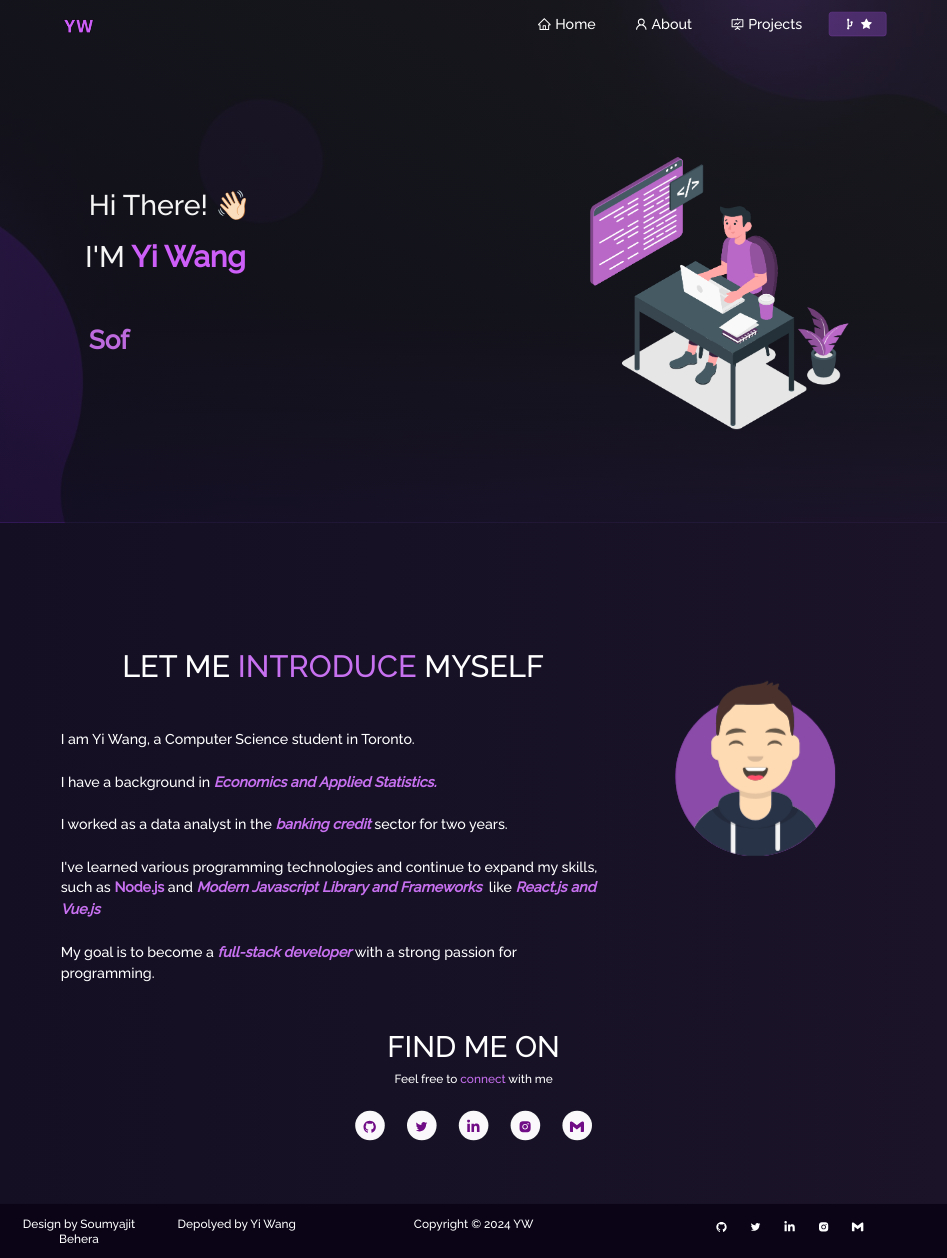
Repository: YiWang24/Portfolio
Page: /
These files come from the project's save history. The page is drawn as it stood at one moment and after a run of saves; the edit follows.
The browser window is 1280 px wide. The pictures show the whole page, at 74% of full size.
The project was rebuilt for these pictures with package versions that can differ from the ones it lists, and the page was loaded fresh each time. Also part of the build but not shown: src/components/About/Github.js, src/components/About/Techstack.js, src/components/About/AboutCard.js, src/components/About/Toolstack.js, src/components/About/About.js, src/components/Projects/ProjectCards.js, src/components/Projects/Projects.js, src/components/Resume/ResumeNew.js. Imported but missing from the stored project, and not drawn on this page: src/Assets/Soumyajit_Behera-BIT_MESRA.pdf.

Above is the page before, as saved 2024-09-19 22:16:33.

After the next 3 saves:
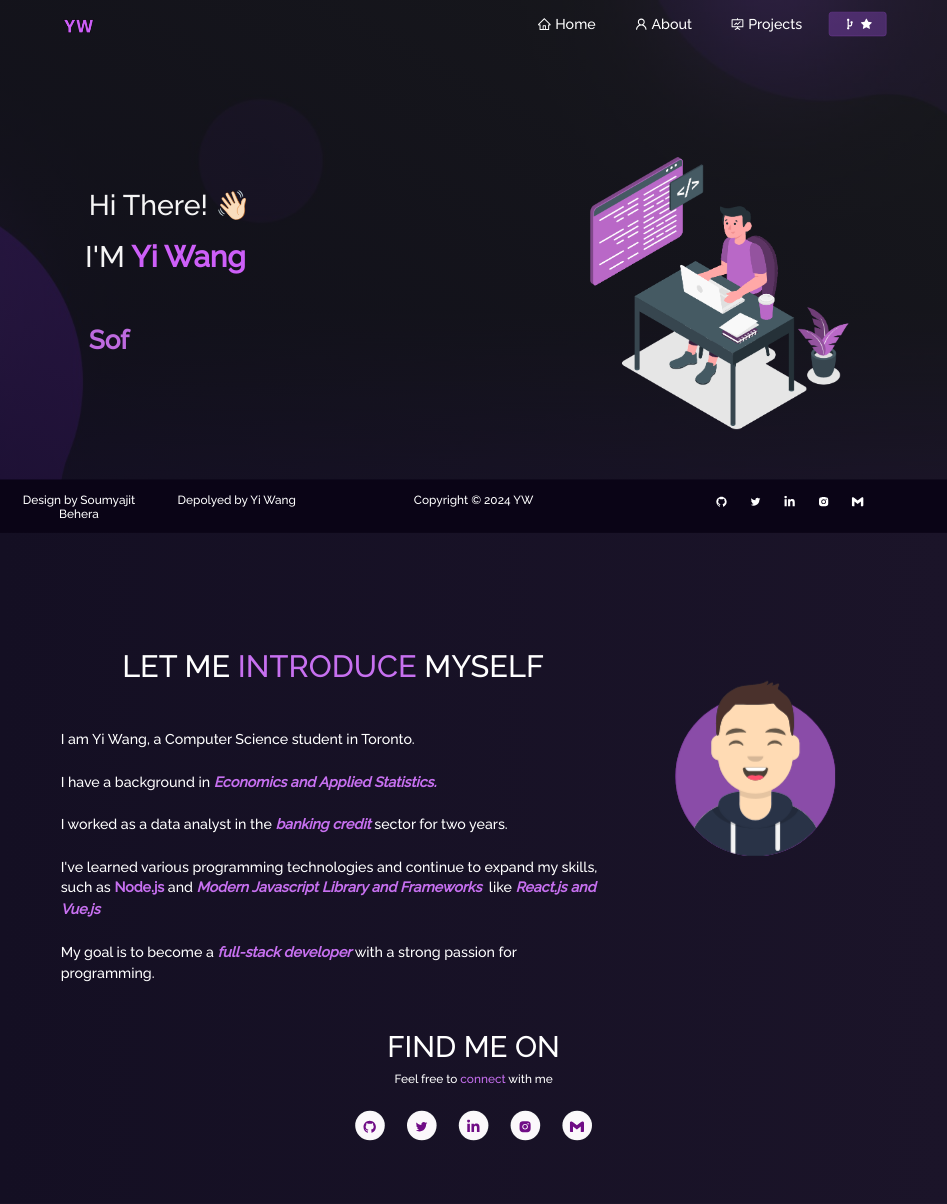
The 3 saves are shown as one change because 1 did not build or start and some came seconds apart.
The last was saved 40 s later.
--- a/src/components/Footer.js
+++ b/src/components/Footer.js
@@ -20,7 +20,7 @@
   let date = new Date();
   let year = date.getFullYear();
   return (
-      <Container fluid className="footer" style={{ marginTop: "auto",  }}>
+      <Container fluid className="footer" style={{ marginTop: "auto",position: 'absolute'  }}>
         <Row>
           <Col md="2" className="footer-copywright">
             <h3>Design by Soumyajit Behera</h3>

After the 2 saves that followed:
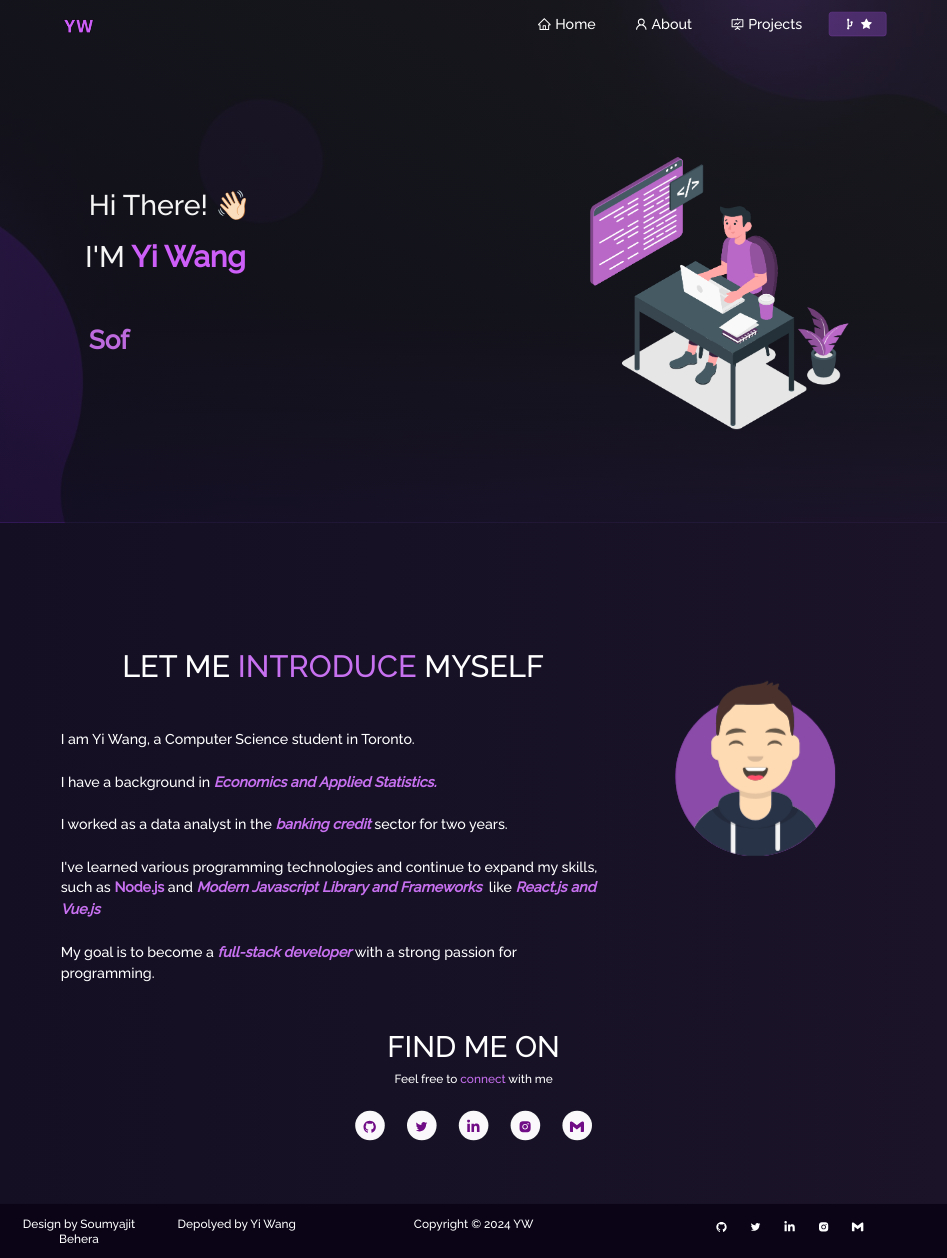
The 2 saves are shown as one change because they came seconds apart.
The last was saved 6 s later.
--- a/src/components/Footer.js
+++ b/src/components/Footer.js
@@ -20,7 +20,7 @@
   let date = new Date();
   let year = date.getFullYear();
   return (
-      <Container fluid className="footer" style={{ marginTop: "auto",position: 'absolute'  }}>
+      <Container fluid className="footer" style={{ marginTop: "auto"  }}>
         <Row>
           <Col md="2" className="footer-copywright">
             <h3>Design by Soumyajit Behera</h3>
